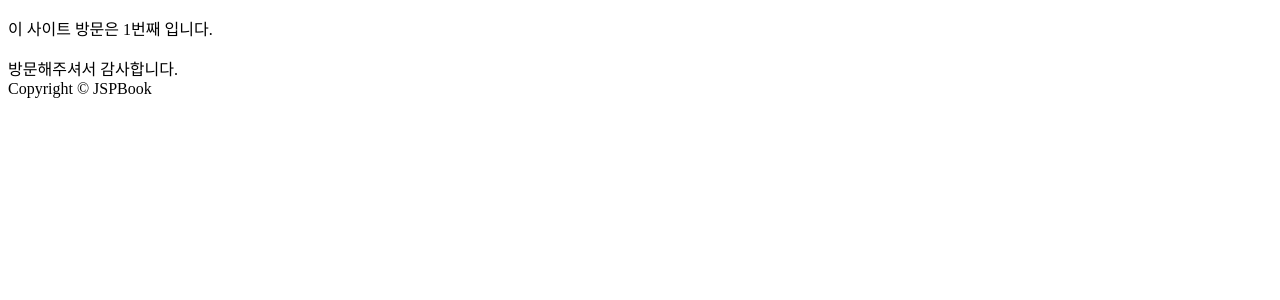
Repository: ckd0523/JSPWORK
Page: http://localhost/JSPBook/ch03/include02.jsp
These files come from the project's save history. The page is drawn as it stood at one moment and after the next save; the edit follows.
The browser window is 1280 px wide. The pictures show the whole page.
The page is served by Tomcat 9. Nobody is signed in. The application's start-up code is not run.

Above is the page before, as saved 2024-02-19 06:21:10.

After the next save:
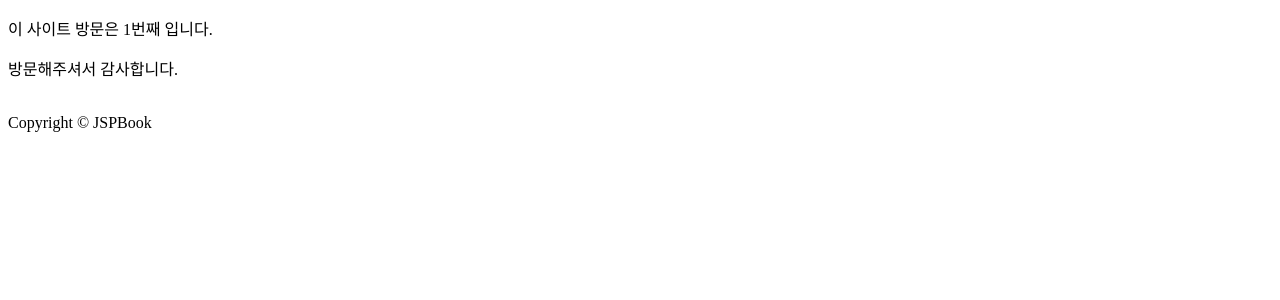
Saved 42 s later.
--- a/JSPBook/src/main/webapp/ch03/include02.jsp
+++ b/JSPBook/src/main/webapp/ch03/include02.jsp
@@ -8,7 +8,7 @@
 <body>
 
 <%@ include file="include02_header.jsp" %>
-<p>방문해주셔서 감사합니다.
+<p>방문해주셔서 감사합니다.</p>
 <%@ include file="include02_footer.jsp" %>
 
 </body>
